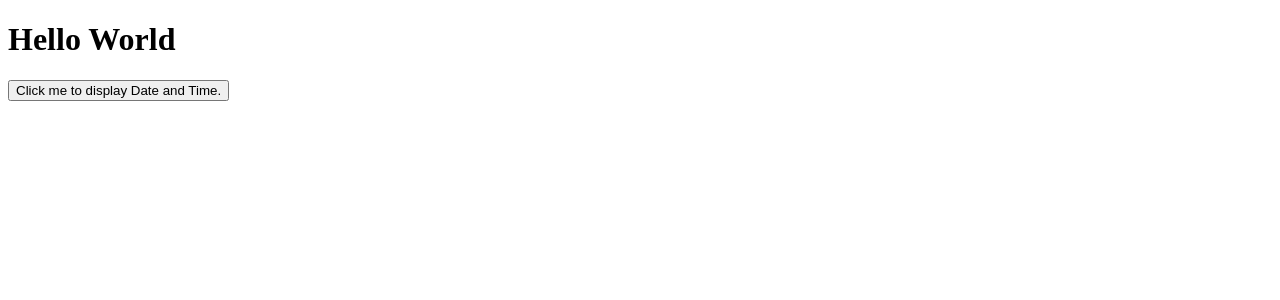
Repository: phunobi1807/quadraticEquation2
Page: index.html
The author's editor kept a copy of each file at every save. The page is drawn from the files as they stood at one save, then again after the next save.
The browser window is 1280 px wide. The pictures show the whole page.
After loading, the first visible `button` was clicked once.

Above is the page before, as saved 2022-07-20 11:41:35.

After the next save:
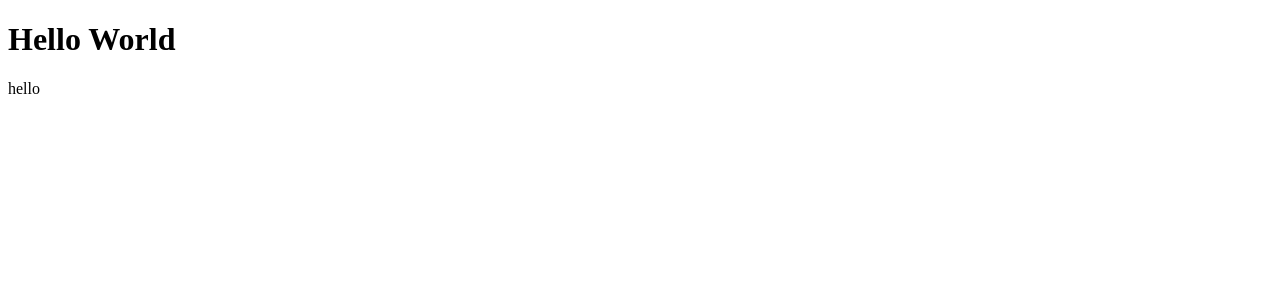
Saved 5 min 23 s later.
--- a/myjs.js
+++ b/myjs.js
@@ -2,5 +2,5 @@
  document.getElementById("demo").innerHTML = Date();
 }
 function thongBao(message) {
- alert(message);
+ $('#demo').text('hello');
 }
